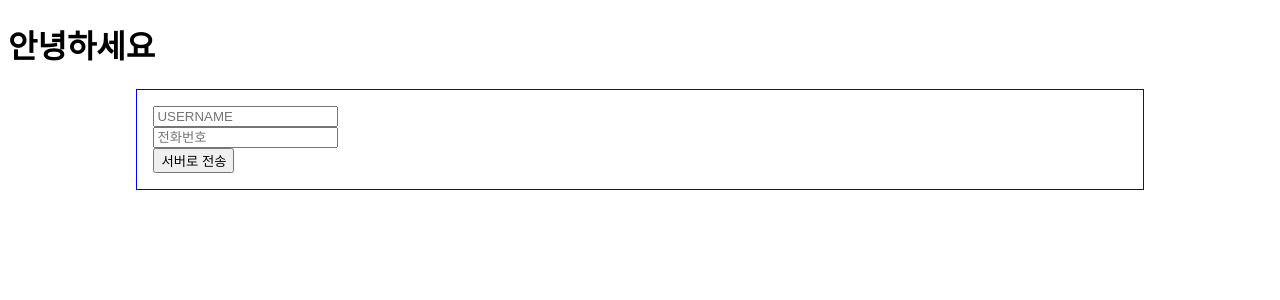
Repository: witchbroom/Biz_Spring_2022_505
Page: http://localhost/SpMVC_003_SchoolV4/
The author's editor kept a copy of each file at every save. The page is drawn from the files as they stood at one save, then again after the next save.
The browser window is 1280 px wide. The pictures show the whole page.
The page is served by Tomcat 9. Other server files are loaded and not shown.

Above is the page before, as saved 2022-05-03 05:04:42.

### SpMVC_003_SchoolV4/src/main/webapp/WEB-INF/views/home.jsp
<%@ page language="java" contentType="text/html; charset=UTF-8"
    pageEncoding="UTF-8"%>
<%@ taglib uri="http://java.sun.com/jsp/jstl/core" prefix="c" %>
<c:set value="${pageContext.request.contextPath}" var="rootPath" />
<!DOCTYPE html>
<html>
<head>
<meta charset="UTF-8">
<title>Insert title here</title>
<style>
form{
width:80%;
margin:20px auto;
}
fieldset{
border:1px solid blue;
padding: 1rem;
}
form div{
width:80%;
}
</style>
</head>
<body>
	<h1>안녕하세요</h1>
	<form method="POST">
	<fieldset>
		<div><input name="username" placeholder="USERNAME"></div>
		<div><input name="tel" placeholder="전화번호"></div>
		<button>서버로 전송</button>
	</fieldset>
	</form>
</body>
</html>

After the next save:
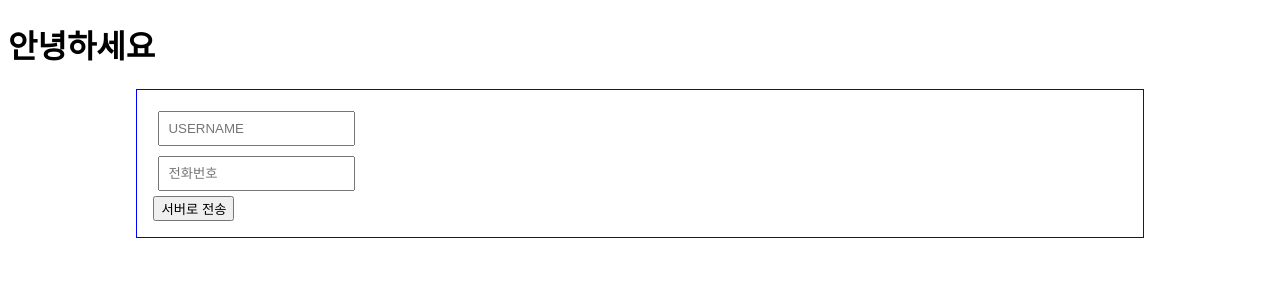
Saved 30 s later.
--- a/SpMVC_003_SchoolV4/src/main/webapp/WEB-INF/views/home.jsp
+++ b/SpMVC_003_SchoolV4/src/main/webapp/WEB-INF/views/home.jsp
@@ -1,6 +1,6 @@
 <%@ page language="java" contentType="text/html; charset=UTF-8"
-    pageEncoding="UTF-8"%>
-<%@ taglib uri="http://java.sun.com/jsp/jstl/core" prefix="c" %>
+	pageEncoding="UTF-8"%>
+<%@ taglib uri="http://java.sun.com/jsp/jstl/core" prefix="c"%>
 <c:set value="${pageContext.request.contextPath}" var="rootPath" />
 <!DOCTYPE html>
 <html>
@@ -8,27 +8,38 @@
 <meta charset="UTF-8">
 <title>Insert title here</title>
 <style>
-form{
-width:80%;
-margin:20px auto;
+form {
+	width: 80%;
+	margin: 20px auto;
 }
-fieldset{
-border:1px solid blue;
-padding: 1rem;
+
+fieldset {
+	border: 1px solid blue;
+	padding: 1rem;
 }
-form div{
-width:80%;
+
+form div {
+	width: 80%;
+}
+form label, form input{
+display:inline-block;
+padding:8px;
+margin:5px;
 }
 </style>
 </head>
 <body>
 	<h1>안녕하세요</h1>
 	<form method="POST">
-	<fieldset>
-		<div><input name="username" placeholder="USERNAME"></div>
-		<div><input name="tel" placeholder="전화번호"></div>
-		<button>서버로 전송</button>
-	</fieldset>
+		<fieldset>
+			<div>
+				<input name="username" placeholder="USERNAME">
+			</div>
+			<div>
+				<input name="tel" placeholder="전화번호">
+			</div>
+			<button>서버로 전송</button>
+		</fieldset>
 	</form>
 </body>
 </html>
